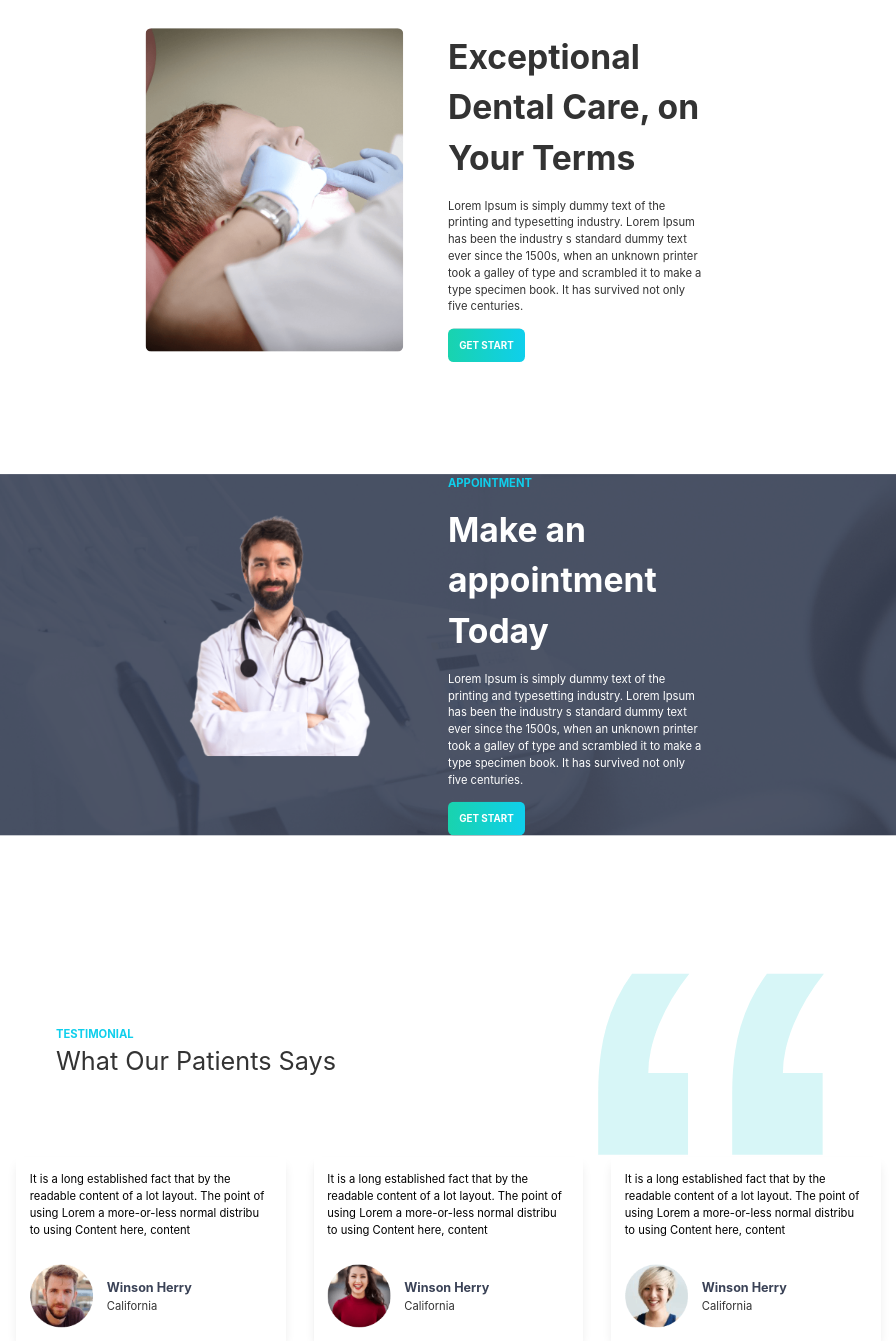
Repository: shikubro90/doctorsportal
Page: /
These files come from the project's save history. The page is drawn as it stood at one moment and after a run of saves; the edit follows.
The browser window is 1280 px wide. The pictures show the part of the page from y = 1766 to 3686 px (the page is 3682 px tall before and 3686 px after), at 70% of full size.
The project was rebuilt for these pictures with package versions that can differ from the ones it lists, and the page was loaded fresh each time. Also part of the build but not shown: src/App.css, src/Pages/About/About.jsx.

Above is the page before, as saved 2022-10-02 10:18:23.

After the next 5 saves:
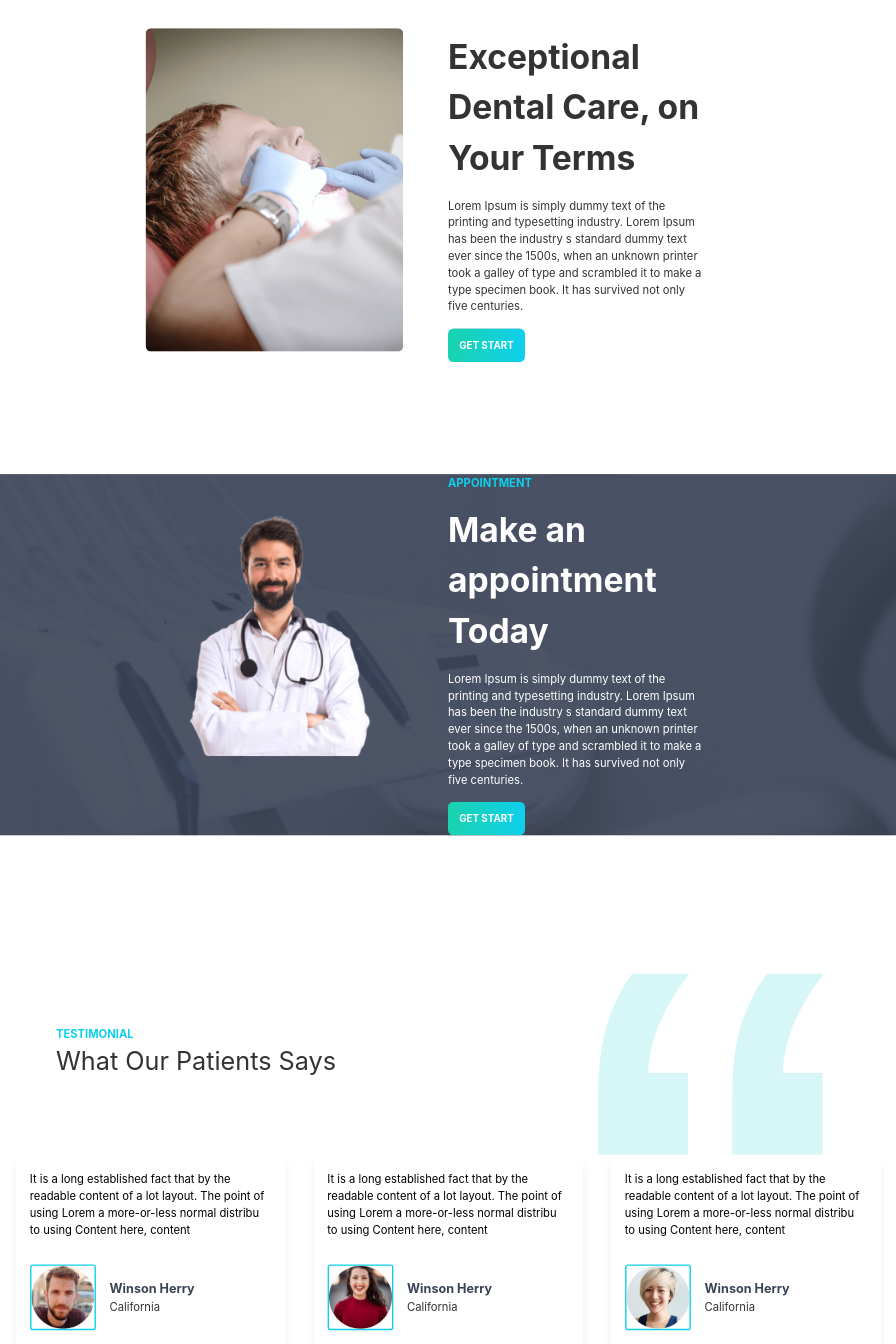
The 5 saves are shown as one change because they came seconds apart.
The last was saved 69 s later.
--- a/src/Pages/Home/TestimonialCard.jsx
+++ b/src/Pages/Home/TestimonialCard.jsx
@@ -9,7 +9,7 @@ const TestimonialCard = (props) => {
                 <p className='text-black'>{desc}</p>
             </div>
             <div className="bio flex items-center gap-5">
-                <img className='rounded' src={image} alt="" />
+                <img className='rounded border-2 border-primary' src={image} alt="" />
                 <div className="info">
                     <h4 className='font-bold text-accent text-lg'>{name}</h4>
                     <p>{country}</p>
